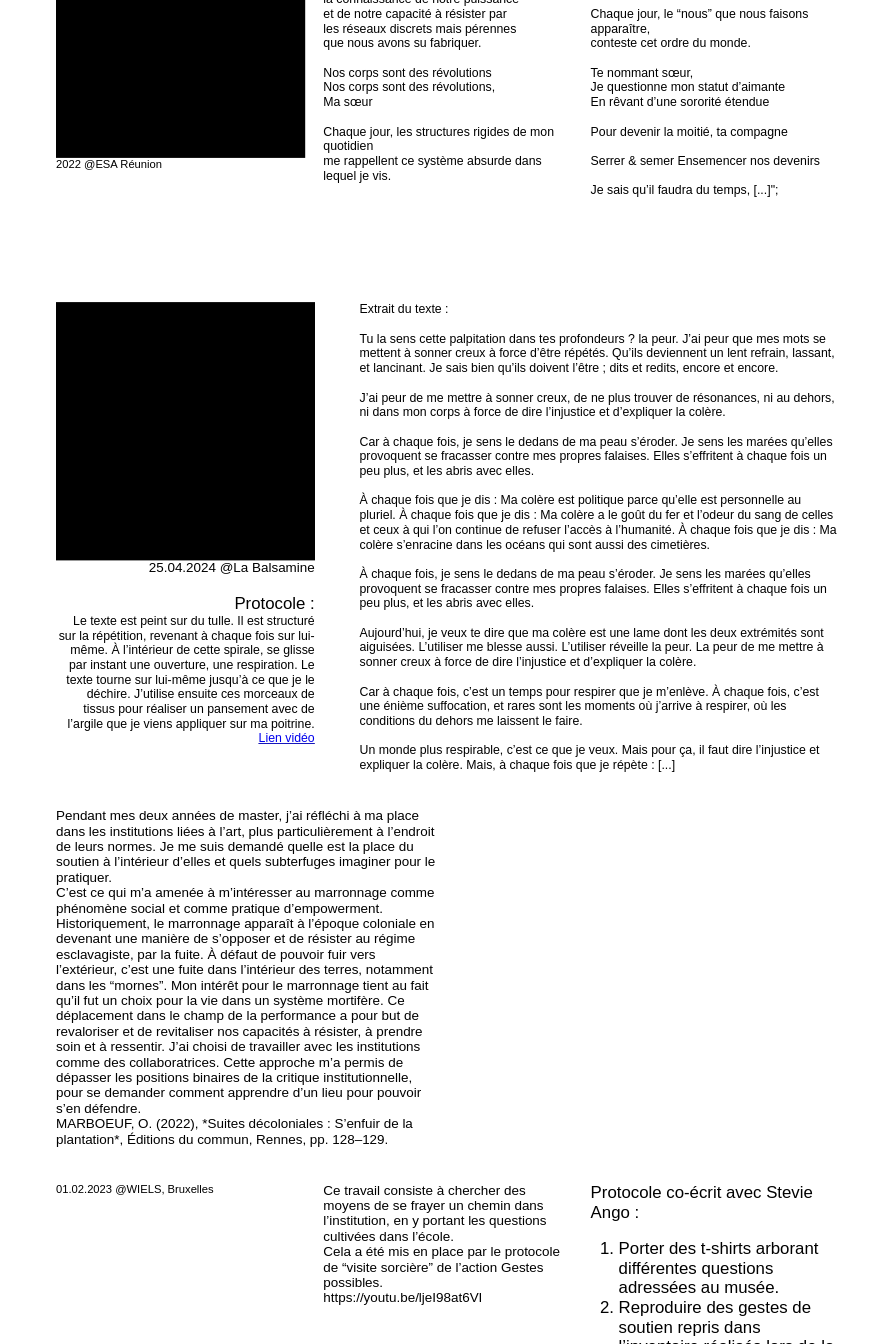
Repository: brunrhb/oce-p
Page: index.html
The author's editor kept a copy of each file at every save. The page is drawn from the files as they stood at one save, then again after the next save.
The browser window is 1280 px wide. The pictures show the part of the page from y = 1382 to 3302 px (the page is 4769 px tall), at 70% of full size.

Above is the page before, as saved 2025-06-14 18:02:59.

After the next save:
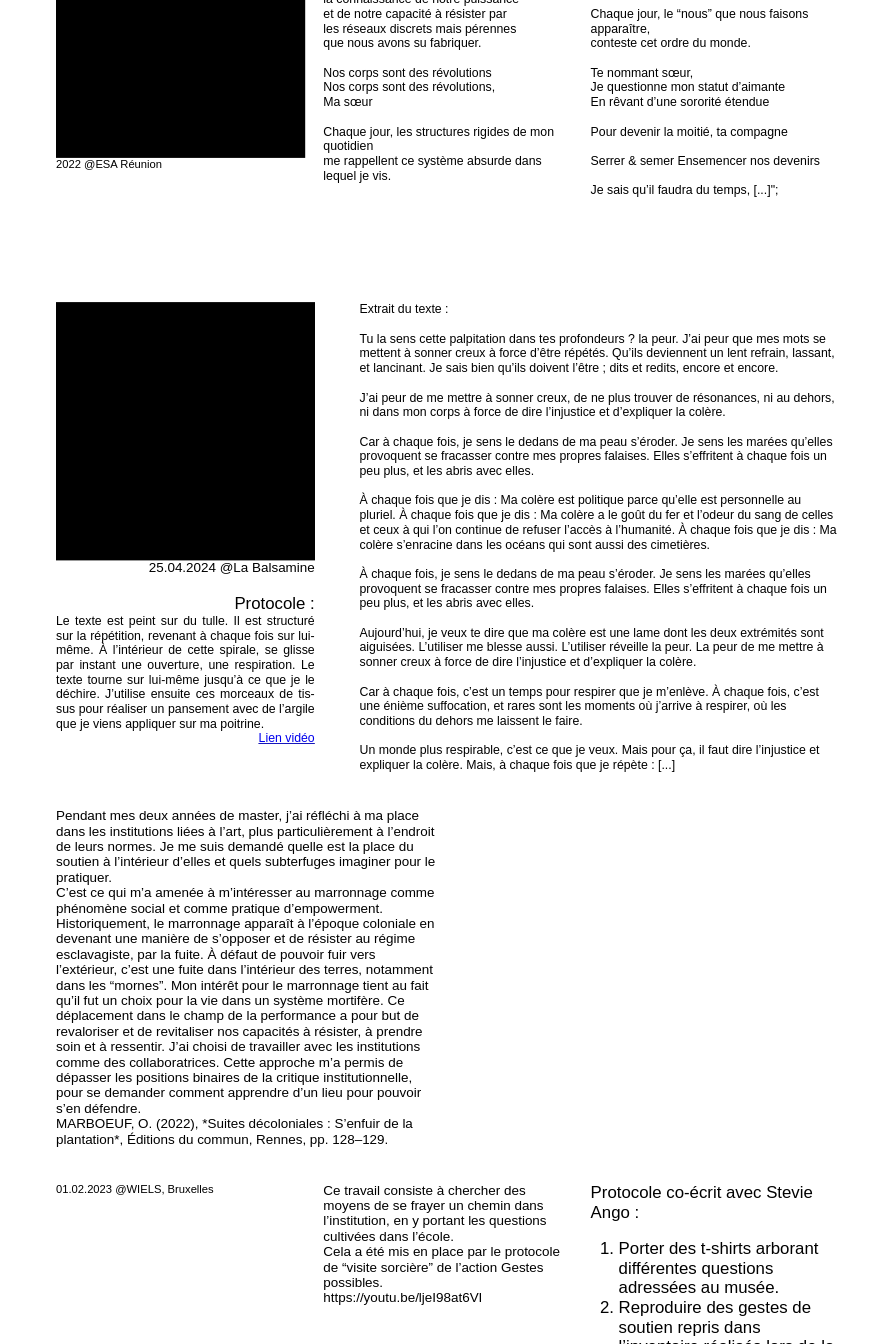
Saved 4 min 38 s later.
--- a/styles.css
+++ b/styles.css
@@ -218,7 +218,10 @@ body {
   }
 
 .protocole-corps-p2 {
-  text-align: right;  /* Aligne tout le texte à droite */
+  text-align: justify;
+  hyphens: auto;
+  -webkit-hyphens: auto;
+  -ms-hyphens: auto;
   font-size: 1.1rem;
   }
 
